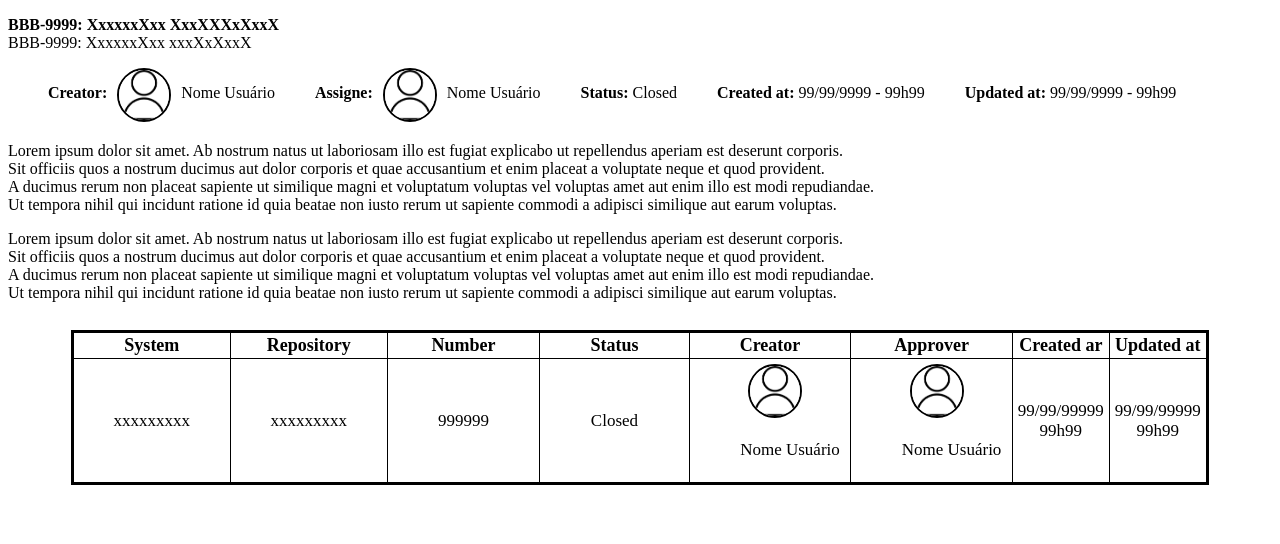
Repository: AnaBerlanda/PaginaFer
Page: index.html
An editor plug-in stored every save of this project. The page is shown before and after the next save, followed by the edit.
The browser window is 1280 px wide. The pictures show the whole page.

Above is the page before, as saved 2022-05-23 15:48:47.

After the next save:
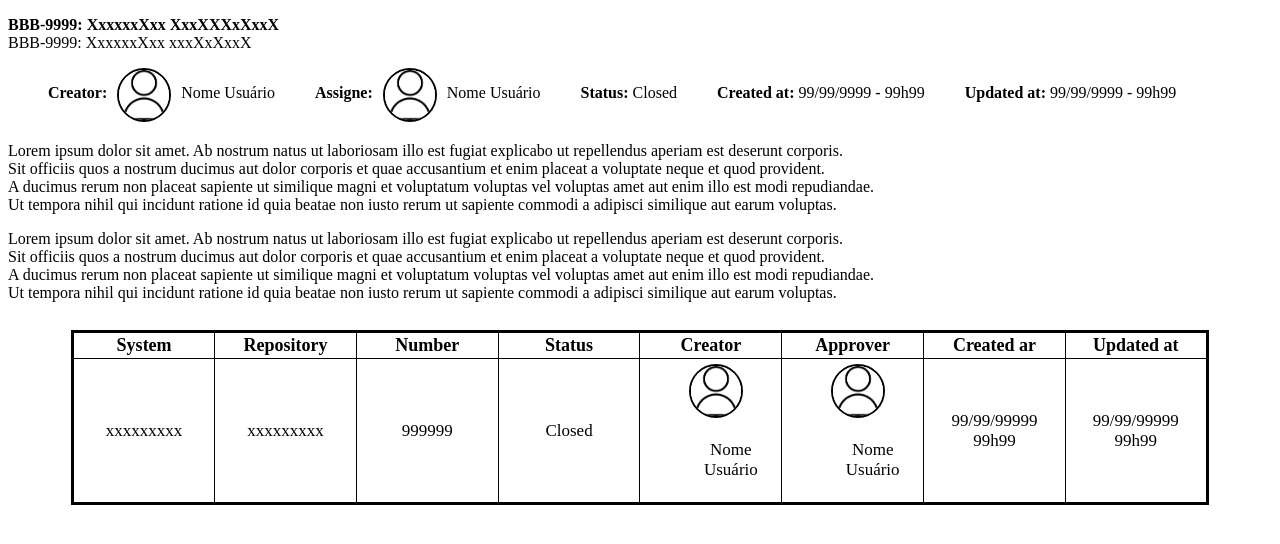
Saved 5 min 54 s later.
--- a/index.css
+++ b/index.css
@@ -39,6 +39,10 @@ table td {
     border: 1px solid black;
     color: black;
     font-size: 17px;
-    width: 16%;
+    width: 10%;
     padding: 5px;
 }
+.tabela-imagem{
+    display: inline-block;
+    float: left;
+}
